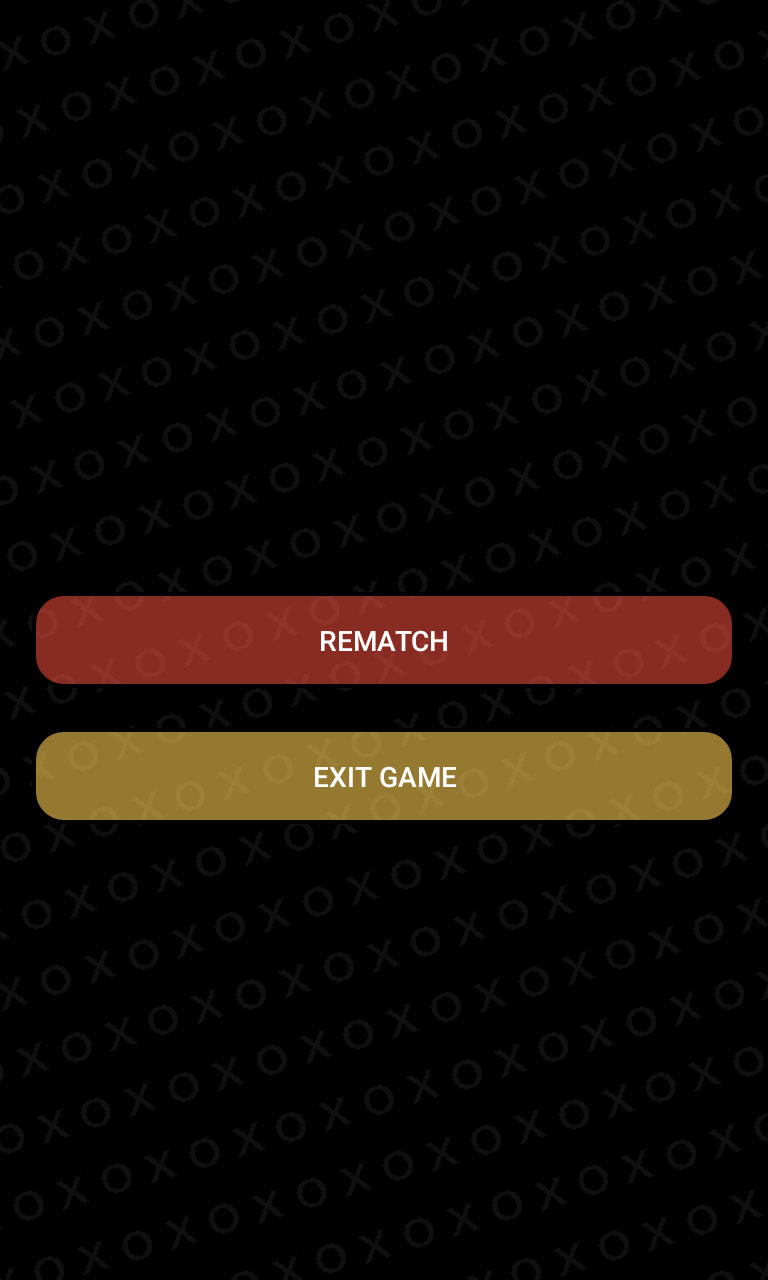
Repository: Dsupreme/MC_tictactoe
Layout: basicgrid/res/layout/activity_game_mode.xml
The author's editor kept a copy of each file at every save. The layout is drawn from the files as they stood at one save, then again after the next save.
It is drawn on a 768 x 1280 px phone screen (xhdpi) without system bars, with theme AppTheme; the app's code is not run.

Above is the layout before, as saved 2014-12-02 00:11:44.

### basicgrid/res/layout/activity_game_mode.xml
<RelativeLayout xmlns:android="http://schemas.android.com/apk/res/android"
    xmlns:tools="http://schemas.android.com/tools"
    android:layout_width="match_parent"
    android:layout_height="match_parent"
    android:paddingBottom="@dimen/activity_vertical_margin"
    android:paddingLeft="@dimen/activity_horizontal_margin"
    android:paddingRight="@dimen/activity_horizontal_margin"
    android:paddingTop="@dimen/activity_vertical_margin"
    android:background="@drawable/wallpaper5"
    tools:context="com.example.basicgrid.DisplayMessageActivity" >

    <TextView
        android:id="@+id/declareWinner"
        android:layout_width="fill_parent"
        android:layout_height="wrap_content"
        android:layout_above="@+id/rematch"
        android:layout_marginBottom="20dp"
        android:textColor="#FFF"
        android:gravity="center" />

    <Button
        android:id="@+id/rematch"
        android:layout_width="match_parent"
        android:layout_height="wrap_content"
        android:layout_centerVertical="true"
        android:background="@drawable/button_states_peach"
        android:text="@string/goback"
        android:layout_marginBottom="20dp"
        android:textColor="#FFF"/>

    <Button
        android:id="@+id/exit"
        android:layout_width="match_parent"
        android:layout_height="wrap_content"
        android:layout_below="@+id/rematch"
        android:background="@drawable/button_states_yellow"
        android:gravity="center"
        android:text="@string/exit"
        android:textColor="#FFF"/>

</RelativeLayout>

### basicgrid/res/drawable/button_states_peach.xml
<?xml version="1.0" encoding="utf-8"?>
<selector xmlns:android="http://schemas.android.com/apk/res/android">
    <item android:drawable="@drawable/custom_button_peach_pressed"
          android:state_pressed="true" />
    <item android:drawable="@drawable/custom_button_peach_pressed"
          android:state_focused="true" />
    <item android:drawable="@drawable/custom_button_peach" />
</selector>

### basicgrid/res/values/strings.xml
<?xml version="1.0" encoding="utf-8"?>
<resources>

    <string name="app_name">Ultimate TIC TAC TOE</string>
    <string name="hello_world">Hello world!</string>
    <string name="action_settings">Settings</string>
    <string name="Player1">Player 1</string>
    <string name="Player2">Player 2</string>
    <string name="title_activity_tutorial">Game Tutorial</string>
    <string name="tutorial">Tutorial Heading</string>
    <string name="title_activity_display_message">DisplayMessageActivity</string>
    <string name="heading">Ultimate<br /> TIC TAC TOE</string>
    <string name="goback">Rematch</string>
    <string name="newgame">New Game</string>
    <string name="tut">Tutorial</string>
    <string name="settings">Settings</string>
    <string name="exit">Exit Game</string>
    <string name="toggle_sound">Sound On</string>
    <string name="title_activity_game_mode">GameModeActivity</string>

</resources>

### basicgrid/res/drawable/button_states_yellow.xml
<?xml version="1.0" encoding="utf-8"?>
<selector xmlns:android="http://schemas.android.com/apk/res/android">
    <item android:drawable="@drawable/custom_button_yellow_pressed"
          android:state_pressed="true" />
    <item android:drawable="@drawable/custom_button_yellow_pressed"
          android:state_focused="true" />
    <item android:drawable="@drawable/custom_button_yellow" />
</selector>

### basicgrid/res/drawable/custom_button_yellow_pressed.xml
<?xml version="1.0" encoding="utf-8"?>
<layer-list xmlns:android="http://schemas.android.com/apk/res/android" >
    <item android:left="0dp" android:right="0dp"  android:top="0dp"  android:bottom="0dp">
    <shape android:shape="rectangle" >
        <solid android:color="#ffce54"/>
        <corners android:radius="15dp"></corners>
		<padding android:top="7dp" android:bottom="7dp" android:right="7dp" android:left="7dp"/>
    	<stroke android:width="2dp" android:color="#000" />

    </shape>
    </item>
</layer-list>
<!-- #96cca443 -->

### basicgrid/res/drawable/custom_button_yellow.xml
<?xml version="1.0" encoding="utf-8"?>
<layer-list xmlns:android="http://schemas.android.com/apk/res/android" >
    <item android:left="0dp" android:right="0dp"  android:top="0dp"  android:bottom="0dp">
    <shape android:shape="rectangle" >
        <solid android:color="#96ffce54"/>
        <corners android:radius="15dp"></corners>
		<padding android:top="7dp" android:bottom="7dp" android:right="7dp" android:left="7dp"/>
    	<stroke android:width="2dp" android:color="#000" />

    </shape>
    </item>
</layer-list>

### basicgrid/res/drawable/custom_button_peach_pressed.xml
<?xml version="1.0" encoding="utf-8"?>
<layer-list xmlns:android="http://schemas.android.com/apk/res/android" >
    <item android:left="0dp" android:right="0dp"  android:top="0dp"  android:bottom="0dp">
    <shape android:shape="rectangle" >
        <solid android:color="#e74c3c"/>
        <corners android:radius="15dp"></corners>
		<padding android:top="7dp" android:bottom="7dp" android:right="7dp" android:left="7dp"/>
    	<stroke android:width="2dp" android:color="#000" />
    </shape>
    </item>
</layer-list>
<!-- color a1352a-->

### basicgrid/res/drawable/custom_button_peach.xml
<?xml version="1.0" encoding="utf-8"?>
<layer-list xmlns:android="http://schemas.android.com/apk/res/android" >
    <item android:left="0dp" android:right="0dp"  android:top="0dp"  android:bottom="0dp">
    <shape android:shape="rectangle" >
        <solid android:color="#96e74c3c"/>
        <corners android:radius="15dp"></corners>
		<padding android:top="7dp" android:bottom="7dp" android:right="7dp" android:left="7dp"/>
    	<stroke android:width="2dp" android:color="#000" />
    </shape>
    </item>
</layer-list>

Loaded but not shown: basicgrid/res/values/styles.xml (common file); basicgrid/res/values-v11/styles.xml (common file); basicgrid/res/values-v14/styles.xml (common file); basicgrid/res/values/dimens.xml (common file); basicgrid/res/values-w820dp/dimens.xml (common file)

After the next save:
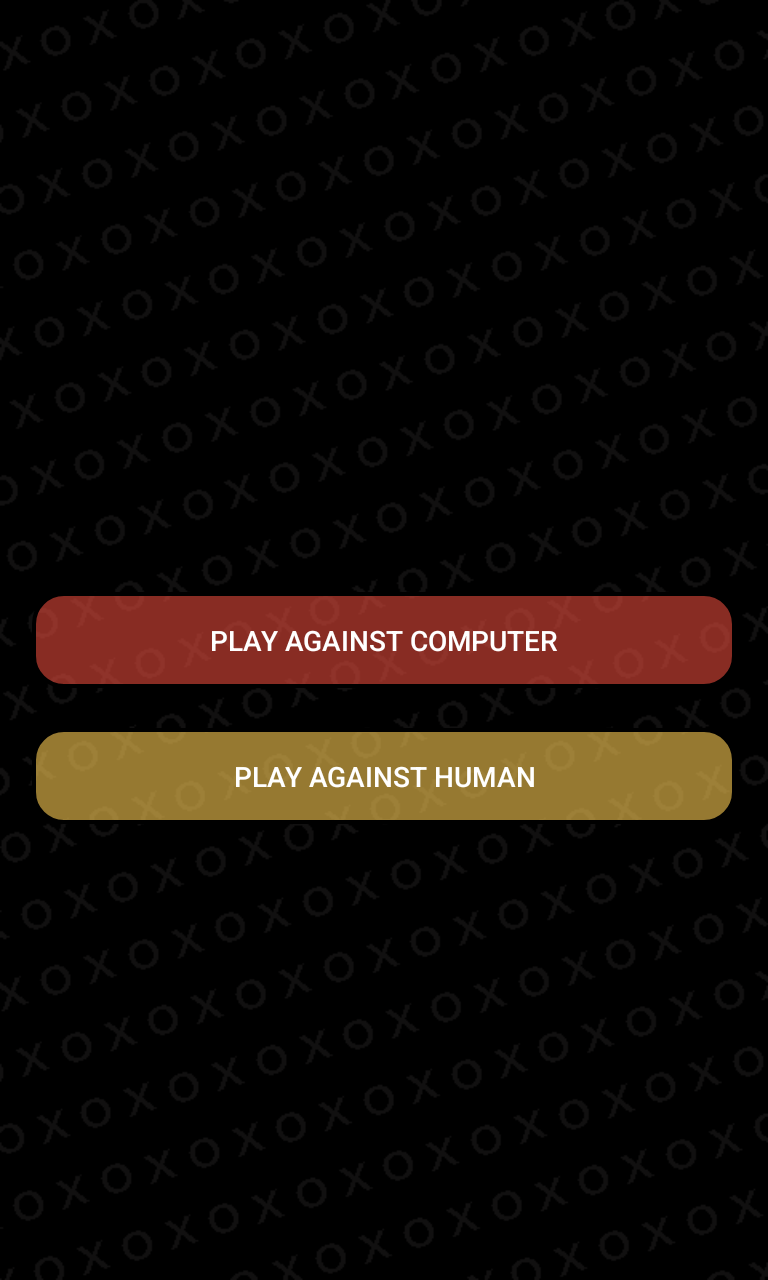
Saved 99 s later.
--- a/basicgrid/res/layout/activity_game_mode.xml
+++ b/basicgrid/res/layout/activity_game_mode.xml
@@ -19,23 +19,23 @@
         android:gravity="center" />
 
     <Button
-        android:id="@+id/rematch"
+        android:id="@+id/singlePlayer"
         android:layout_width="match_parent"
         android:layout_height="wrap_content"
         android:layout_centerVertical="true"
         android:background="@drawable/button_states_peach"
-        android:text="@string/goback"
+        android:text="Play Against Computer"
         android:layout_marginBottom="20dp"
         android:textColor="#FFF"/>
 
     <Button
-        android:id="@+id/exit"
+        android:id="@+id/multiPlayer"
         android:layout_width="match_parent"
         android:layout_height="wrap_content"
-        android:layout_below="@+id/rematch"
+        android:layout_below="@+id/singlePlayer"
         android:background="@drawable/button_states_yellow"
         android:gravity="center"
-        android:text="@string/exit"
+        android:text="Play Against Human"
         android:textColor="#FFF"/>
 
 </RelativeLayout>
